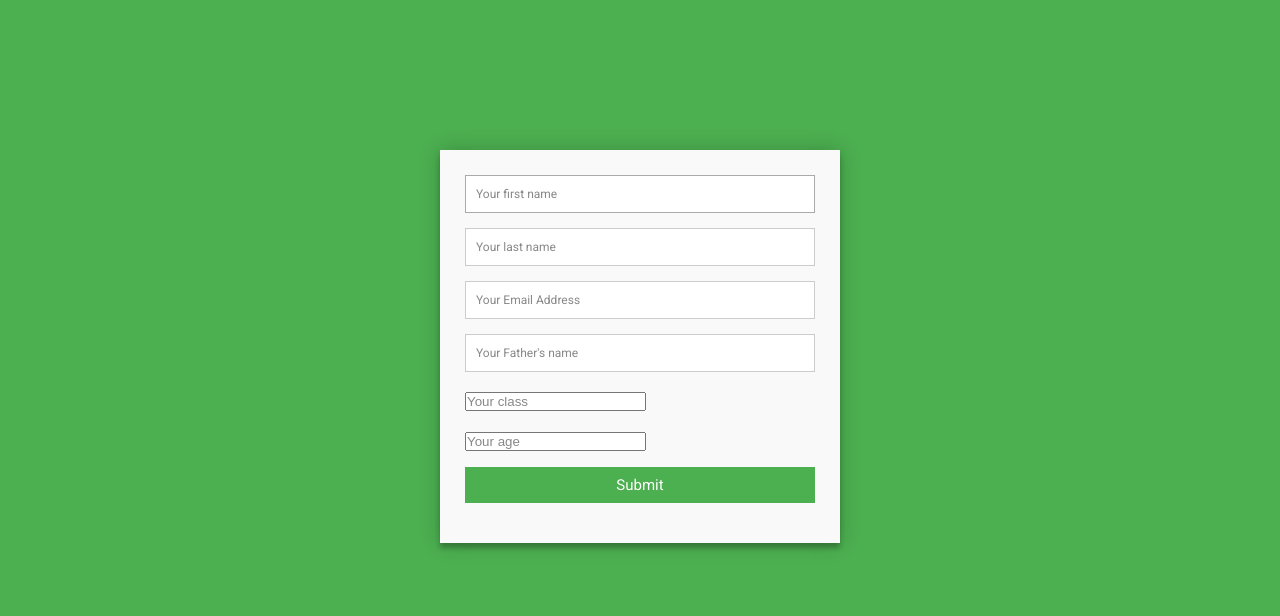
Repository: meta-pranjal-agrawal/software_fundamentals
Page: EAD/ead_assignment2/EADSession3/WebContent/Index.html
An editor plug-in stored every save of this project. The page is shown before and after the next save, followed by the edit.
The browser window is 1280 px wide. The pictures show the whole page.

Above is the page before, as saved 2020-02-02 14:50:40.

After the next save:
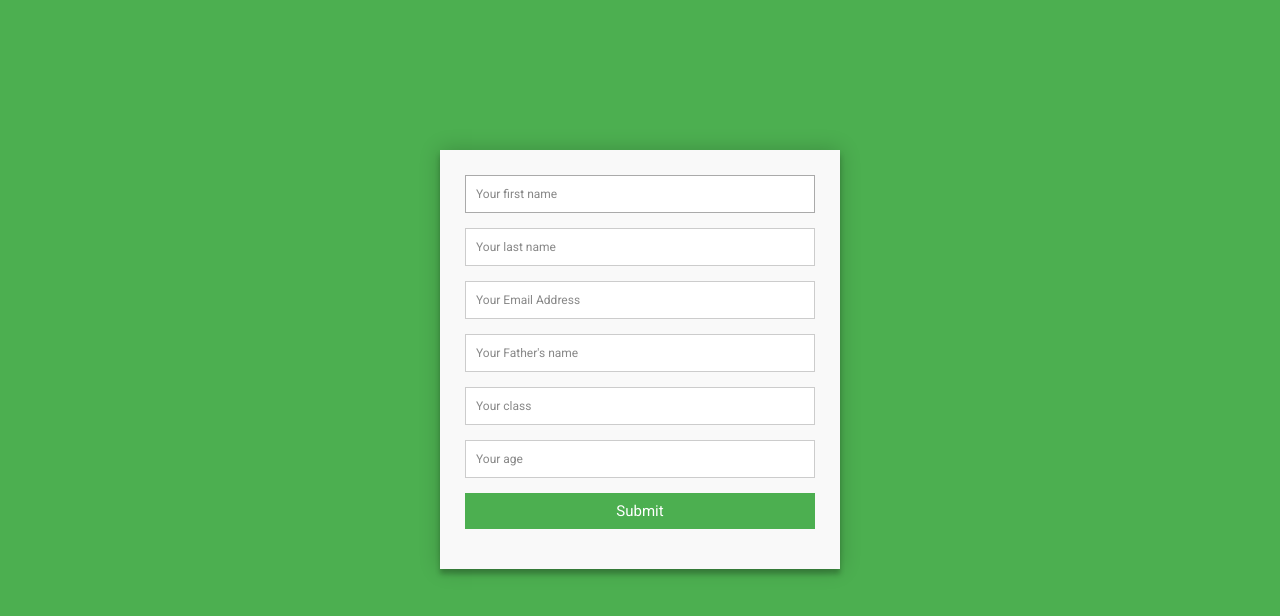
Saved 6 min 47 s later.
--- a/EAD/ead_assignment2/EADSession3/WebContent/Index.html
+++ b/EAD/ead_assignment2/EADSession3/WebContent/Index.html
@@ -168,10 +168,10 @@ fieldset {
      <input placeholder="Your Father's name" type="text"  required name="fatherName">
    </fieldset>
    <fieldset>
-     <input placeholder="Your class" type="number"  required name="class">
+     <input placeholder="Your class" type="text"  required name="class">
    </fieldset>
    <fieldset>
-     <input placeholder="Your age" type="number"  required name="age">
+     <input placeholder="Your age" type="text"  required name="age">
    </fieldset>
 
    <fieldset>
